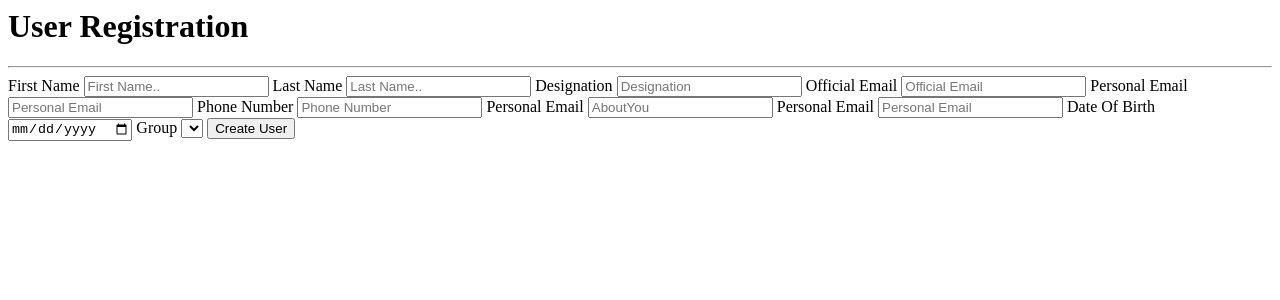
Repository: praveenshetg/GOLDEN-ROD
Page: Duolingo/papi-front/WebContent/view/user_registration.html
These files come from the project's save history. The page is drawn as it stood at one moment and after the next save; the edit follows.
The browser window is 1280 px wide. The pictures show the whole page.

Above is the page before, as saved 2018-05-08 06:36:13.
Console error: SyntaxError: missing ) after argument list

After the next save:
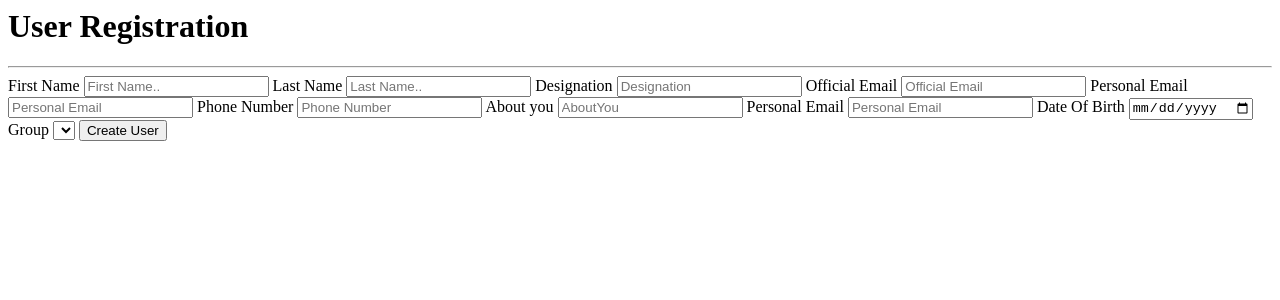
Saved 11 s later.
--- a/Duolingo/papi-front/WebContent/view/user_registration.html
+++ b/Duolingo/papi-front/WebContent/view/user_registration.html
@@ -20,7 +20,7 @@
     <input type="text" id="fname" name="pemail" id="age" placeholder="Personal Email">
          <label for="fname">Phone Number</label>
     <input type="text" id="phone" name="phone"  placeholder="Phone Number">
-         <label for="fname">Personal Email</label>
+         <label for="fname">About you</label>
     <input type="text" id="aboutYou" name="aboutYou" id="age" placeholder="AboutYou">
          <label for="fname">Personal Email</label>
     <input type="text" id="fname" name="pemail" id="age" placeholder="Personal Email">
